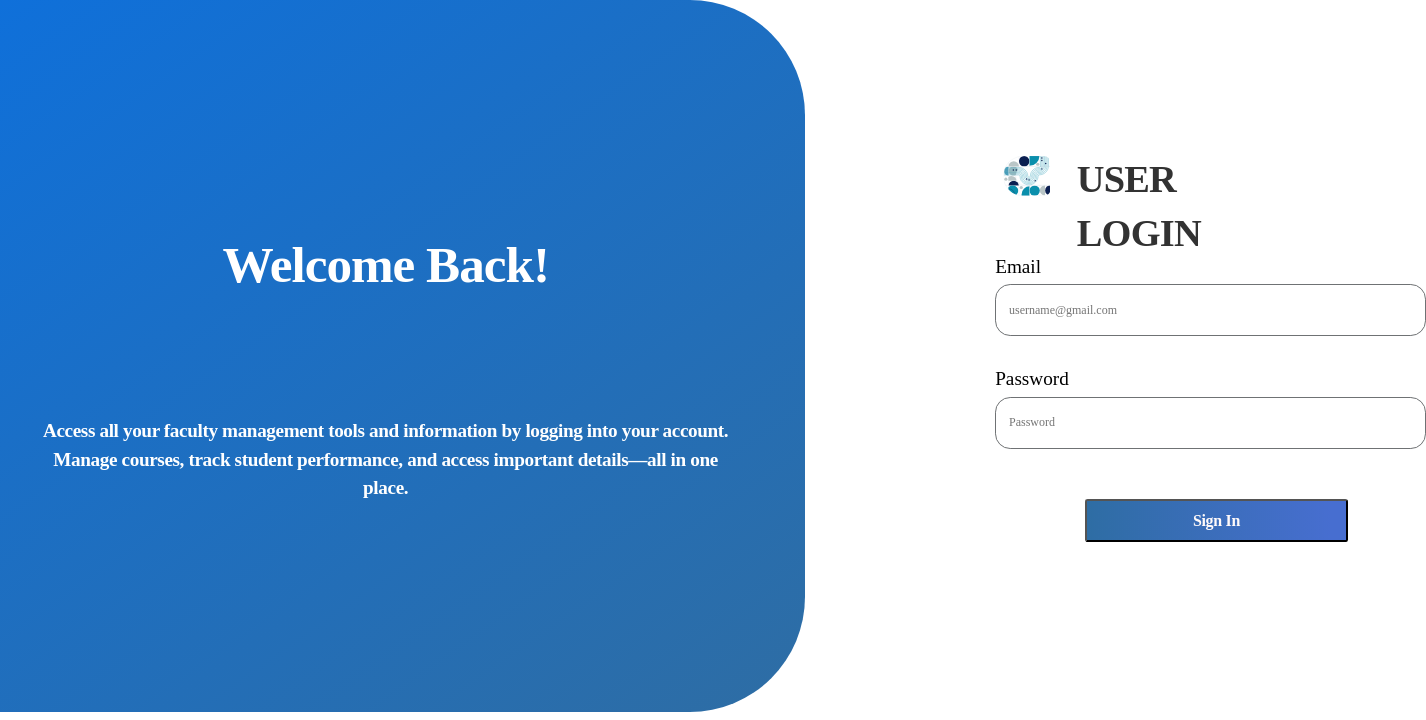
Repository: xedha/ProjetS4
Page: / (app in Frontend/)
An editor plug-in stored every save of this project. The page is shown before and after the next save, followed by the edit.
The browser window is 1280 px wide. The page is 1426 px wide, so the pictures cover 1426 px, including what lies to the right of the window. The pictures show the whole page.
The project was rebuilt for these pictures with package versions that can differ from the ones it lists, and the page was loaded fresh each time. Also part of the build but not shown: Frontend/vite.config.ts, Frontend/src/components/common/Header.css, Frontend/src/components/common/Header.tsx, Frontend/src/components/common/Sidebar.css, Frontend/src/components/common/Sidebar.tsx, Frontend/src/services/api.ts, Frontend/src/components/common/Search.tsx, Frontend/src/components/common/AddButton.tsx and 6 more.

Above is the page before, as saved 2025-04-13 20:11:19.

After the next save:
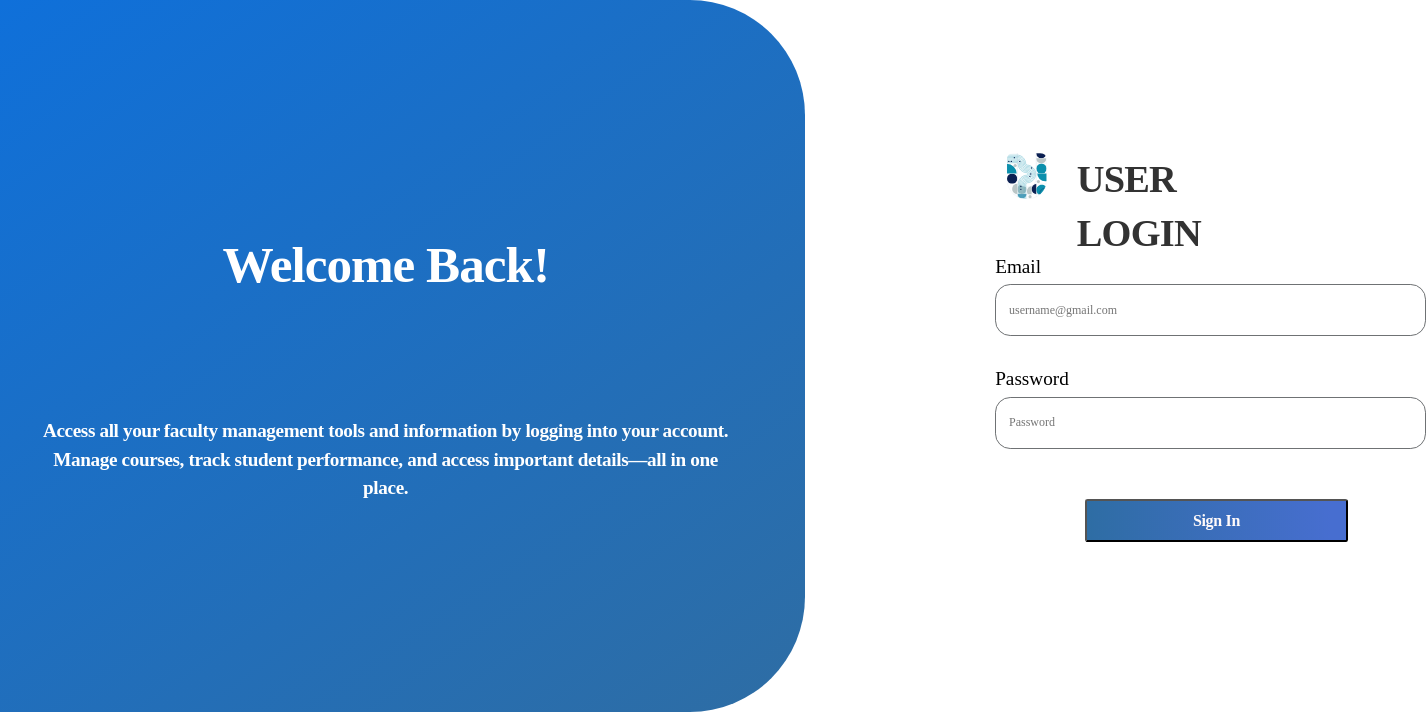
Saved 5 s later.
--- a/Frontend/src/components/login/RightPanel.css
+++ b/Frontend/src/components/login/RightPanel.css
@@ -143,6 +143,6 @@ html {
      stroke: #B7C4D4;
      width: 4.24644rem;
      height: 3.64219rem;
-     transform: rotate(90deg);
+
      flex-shrink: 0;
   }
